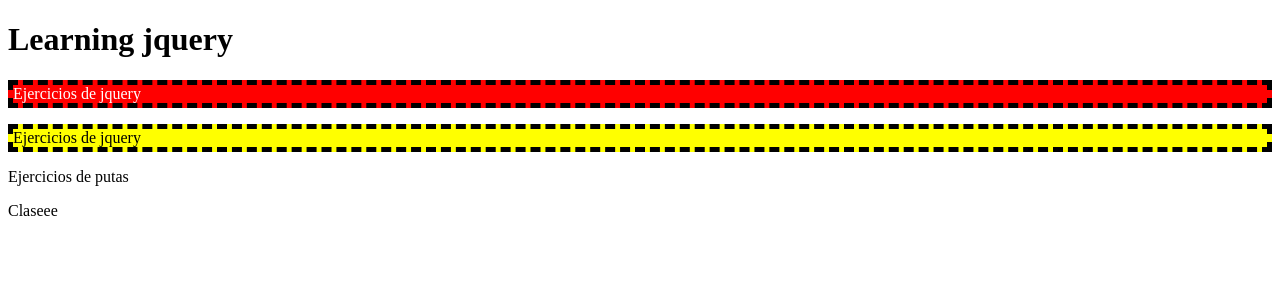
Repository: gitmadacode/practica_javascript
Page: Inicio/jquery/index.html
An editor plug-in stored every save of this project. The page is shown before and after the next save, followed by the edit.
The browser window is 1280 px wide. The pictures show the whole page.

Above is the page before, as saved 2019-09-13 18:46:44.

After the next save:
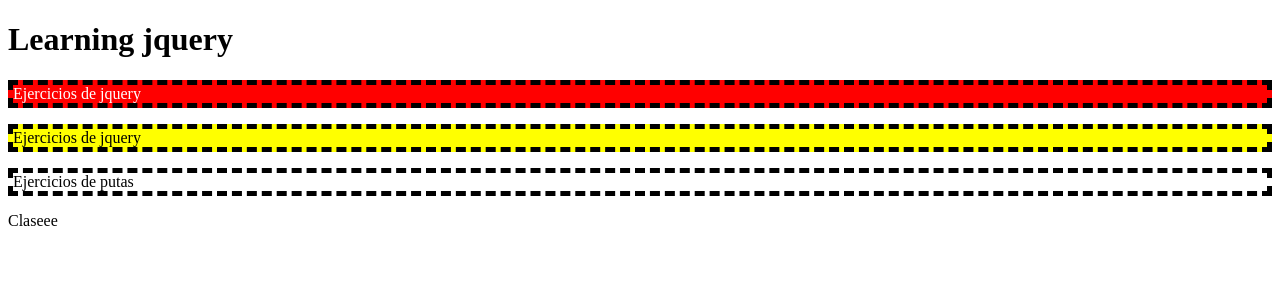
Saved 45 s later.
--- a/Inicio/jquery/index.html
+++ b/Inicio/jquery/index.html
@@ -11,7 +11,7 @@
     <h1>Learning jquery</h1>
     <p id="rojo" class="zebra">Ejercicios de jquery</p>
     <p id="amarillo" class="zebra">Ejercicios de jquery</p>
-    <p id="amarillo" class="sin_borde">Ejercicios de putas</p>
+    <p class="zebra">Ejercicios de putas</p>
     <p>Claseee</p>
 </head>
 <body>
